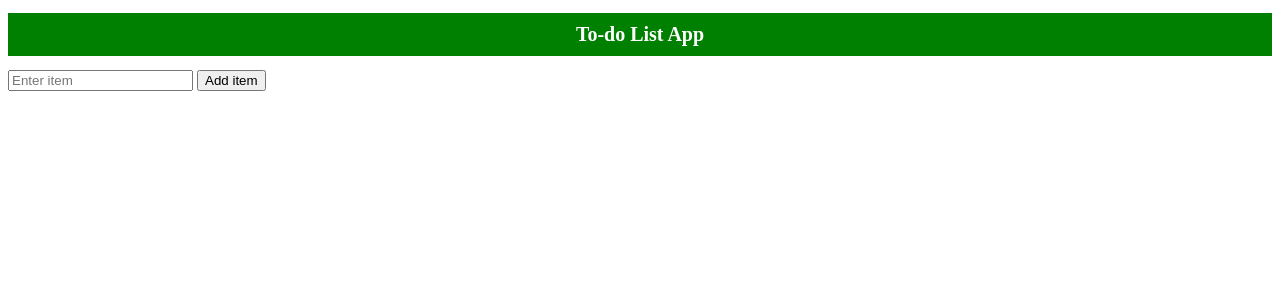
Repository: binhphanbp/WEB2064_JavaScript-Advanced_WD20305
Page: lesson4/lesson4.html
The author's editor kept a copy of each file at every save. The page is drawn from the files as they stood at one save, then again after the next save.
The browser window is 1280 px wide. The pictures show the whole page.

Above is the page before, as saved 2025-09-22 13:51:48.
Console error: ReferenceError: liTag is not defined

After the next save:
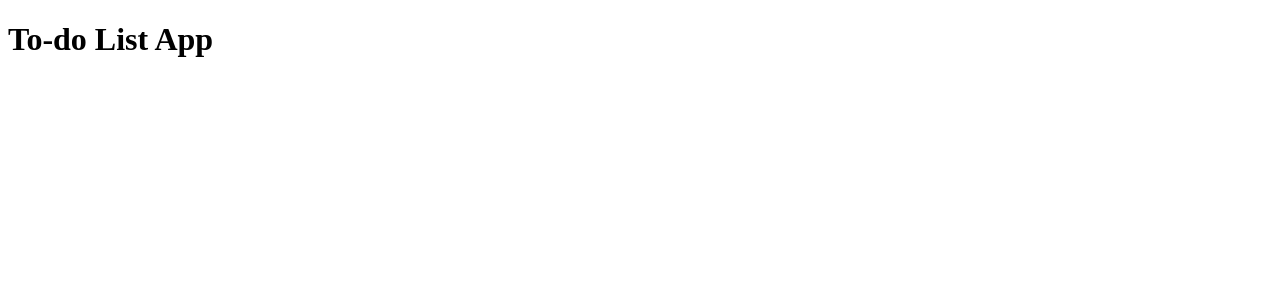
Console error: SyntaxError: Unexpected token ')'
Saved 28 s later.
--- a/lesson4/lesson4.html
+++ b/lesson4/lesson4.html
@@ -78,7 +78,7 @@
       const h4Tag = document.createElement('h4');
       const totalTasks = document.querySelectorAll('li').length;
 
-      (h4Tag.innerText = 'Tổng số công việc: ') + totalTasks;
+      h4Tag.innerText = 'Tổng số công việc: ') + totalTasks;
       ulTag.after(h4Tag);
     </script>
   </body>

After the save that followed:
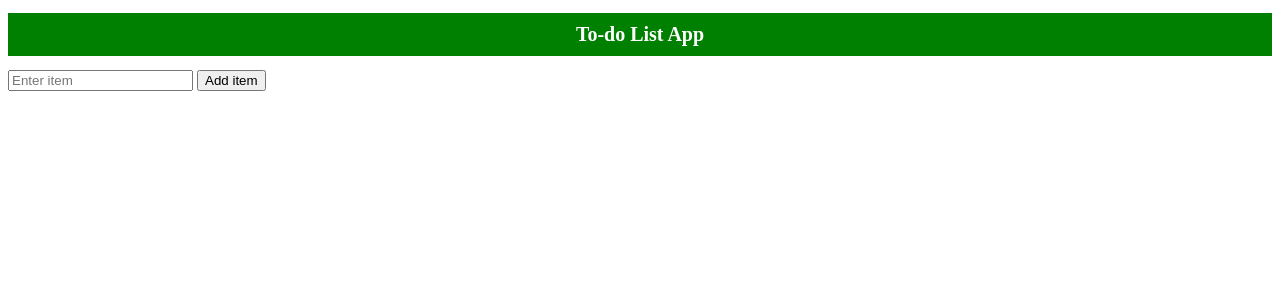
Console error: ReferenceError: liTag is not defined
Saved 5 s later.
--- a/lesson4/lesson4.html
+++ b/lesson4/lesson4.html
@@ -78,7 +78,7 @@
       const h4Tag = document.createElement('h4');
       const totalTasks = document.querySelectorAll('li').length;
 
-      h4Tag.innerText = 'Tổng số công việc: ') + totalTasks;
+      h4Tag.innerText = 'Tổng số công việc: ' + totalTasks;
       ulTag.after(h4Tag);
     </script>
   </body>
